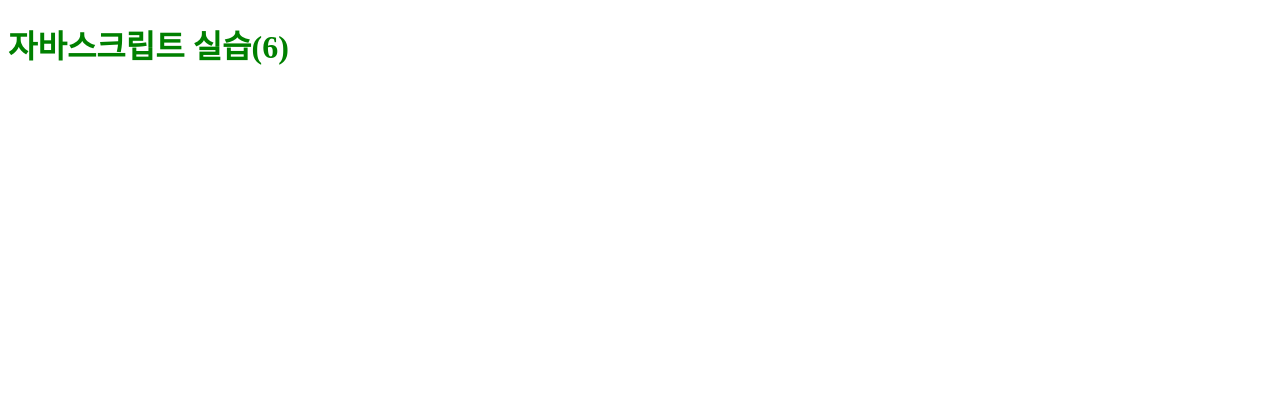
Repository: jhsnex123/web_study
Page: edu/src/main/webapp/jsexam/exercise6.html
An editor plug-in stored every save of this project. The page is shown before and after the next save, followed by the edit.
The browser window is 1280 px wide. The pictures show the whole page.

Above is the page before, as saved 2024-09-23 06:49:40.

After the next save:
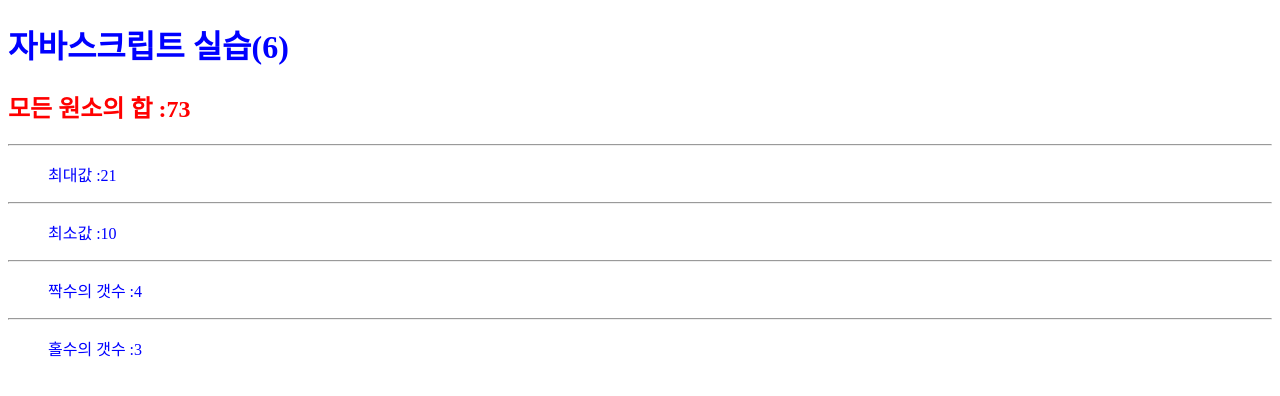
Saved 8 min 6 s later.
--- a/edu/src/main/webapp/jsexam/exercise6.html
+++ b/edu/src/main/webapp/jsexam/exercise6.html
@@ -43,7 +43,7 @@
 
 	<script src="util.js"></script>
 	<script>
-	 writeColor('자바스크립트 실습(6)', 'h1', 'green');
+	 writeColor('자바스크립트 실습(6)', 'h1', 'blue');
 
 	 function getMaxValue(ary){
 		 var max = ary[0];
@@ -92,11 +92,21 @@
 
 	 var ary = [10, 5, 7, 21, 4, 8, 18];
 
+     var numSum = getSum(ary);
+     var numMax = getMaxValue(ary);
+     var numMin = getMinValue(ary);
+     var numOdd = getCountOddNum(ary);
+     var numEven = getCountEvenNum(ary);
 
-
-
-
-
+     writeColor('모든 원소의 합 :'+numSum, 'h2', 'red');
+     hr();
+     writeColor('최대값 :'+numMax, 'ul', 'blue');
+     hr();
+     writeColor('최소값 :'+numMin, 'ul', 'blue');
+     hr();
+     writeColor('짝수의 갯수 :'+numEven, 'ul', 'blue');
+     hr();
+     writeColor('홀수의 갯수 :'+numOdd, 'ul', 'blue');
      </script>
 </body>
 </html>
